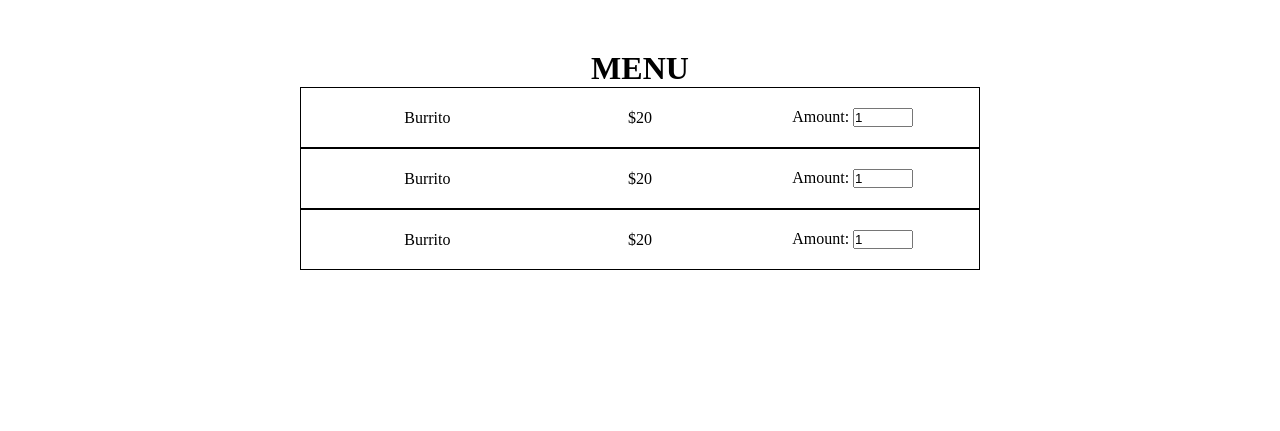
Repository: LamQuocPhu/JungTalent
Page: http://localhost/
These files come from the project's save history. The page is drawn as it stood at one moment and after the next save; the edit follows.
The browser window is 1280 px wide. The pictures show the whole page.
The page is served by the project's Node server (index.js).

Above is the page before, as saved 2023-10-25 23:03:39.

### views/cart.ejs
<!DOCTYPE html>
<html lang="en">
  <head>
    <meta charset="UTF-8" />
    <meta name="viewport" content="width=device-width, initial-scale=1.0" />
    <title>Document</title>
    <link rel="stylesheet" href="/css/style.css" />
  </head>
  <body>
    <div class="wrapper">
      <h1>MENU</h1>
      <div class="cart-item">
        <div class="item-name">
          <span>Burrito</span>
        </div>
        <div class="item-price">
          <span>$20</span>
        </div>
        <div class="item-amount">
          <span>Amount:</span>
          <input type="number" value="1" min="1" max="100" />
        </div>


      </div>
      <div class="cart-item">
        <div class="item-name">
          <span>Burrito</span>
        </div>
        <div class="item-price">
          <span>$20</span>
        </div>
        <div class="item-amount">
          <span>Amount:</span>
          <input type="number" value="1" min="1" max="100" />
        </div>
      </div>
      <div class="cart-item">
        <div class="item-name">
          <span>Burrito</span>
        </div>
        <div class="item-price">
          <span>$20</span>
        </div>
        <div class="item-amount">
          <span>Amount:</span>
          <input type="number" value="1" min="1" max="100" />
        </div>
      </div>
    </div>
  </body>
</html>

### index.js
var express = require('express');
var app = express();
const PORT = process.env.PORT || 3003;
const bodyParser = require("body-parser");
const path = require("path");


app.set("view engine", "ejs");
app.set("views", "./views");
app.use(bodyParser.urlencoded({ extended: true }));
app.use(express.static(path.join(__dirname, 'public')));


app.listen(PORT, () => {
    console.log(`Server start on port ${PORT}`);
})

app.get('/', (req, res) => {
    res.render('cart');
});

### public/css/style.css
* {
  margin: 0;
  padding: 0;
  box-sizing: border-box;
}

.wrapper {
  margin-block: 50px;
  width: 100%;
  height: auto;
  text-align: center;
  padding-inline: 300px;
}

.cart-item {
  border: 1px solid #000;
  display: flex;
  justify-content: center;
  align-items: center;
  width: 100%;
  padding: 20px;
}
.item-name {
  width: 33.33%;
}
.item-price {
  width: 33.33%;
}
.item-amount {
  width: 33.33%;
}

After the next save:
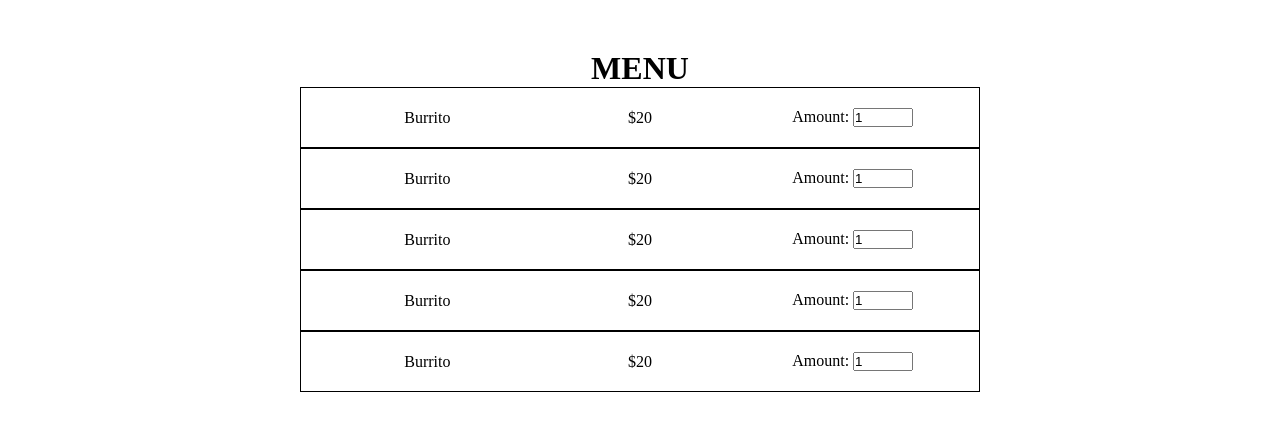
Saved 13 s later.
--- a/views/cart.ejs
+++ b/views/cart.ejs
@@ -47,6 +47,30 @@
           <input type="number" value="1" min="1" max="100" />
         </div>
       </div>
+      <div class="cart-item">
+        <div class="item-name">
+          <span>Burrito</span>
+        </div>
+        <div class="item-price">
+          <span>$20</span>
+        </div>
+        <div class="item-amount">
+          <span>Amount:</span>
+          <input type="number" value="1" min="1" max="100" />
+        </div>
+      </div>
+      <div class="cart-item">
+        <div class="item-name">
+          <span>Burrito</span>
+        </div>
+        <div class="item-price">
+          <span>$20</span>
+        </div>
+        <div class="item-amount">
+          <span>Amount:</span>
+          <input type="number" value="1" min="1" max="100" />
+        </div>
+      </div>
     </div>
   </body>
 </html>
